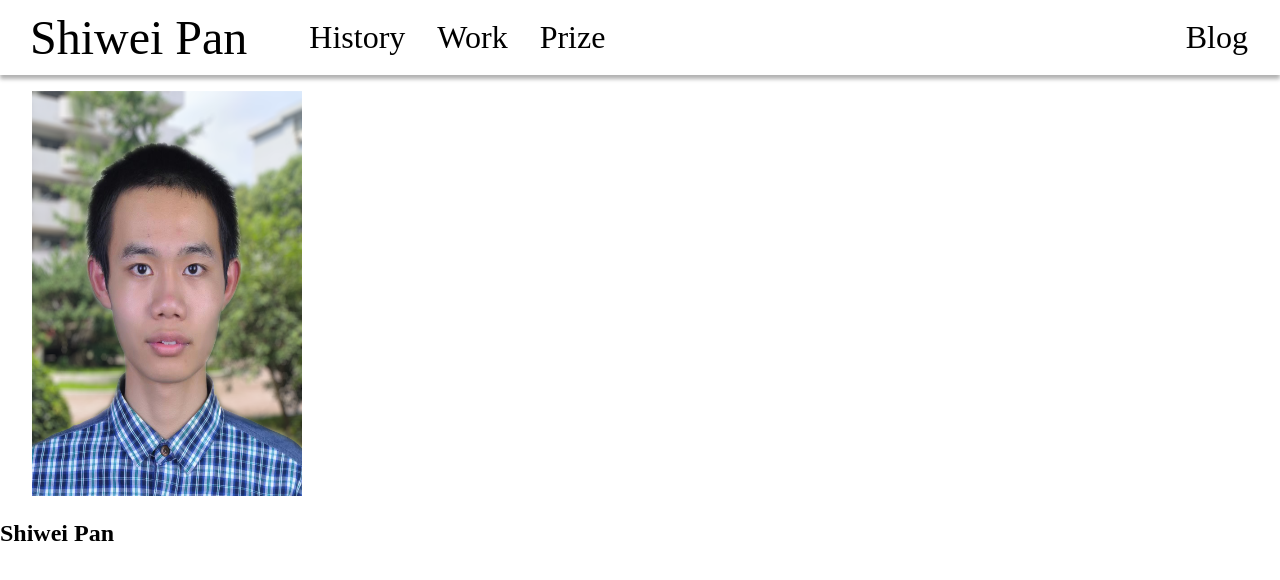
Repository: erikpsw/web
Page: new/psw.html
The author's editor kept a copy of each file at every save. The page is drawn from the files as they stood at one save, then again after the next save.
The browser window is 1280 px wide. The pictures show the whole page.

Above is the page before, as saved 2022-06-16 21:15:29.

After the next save:
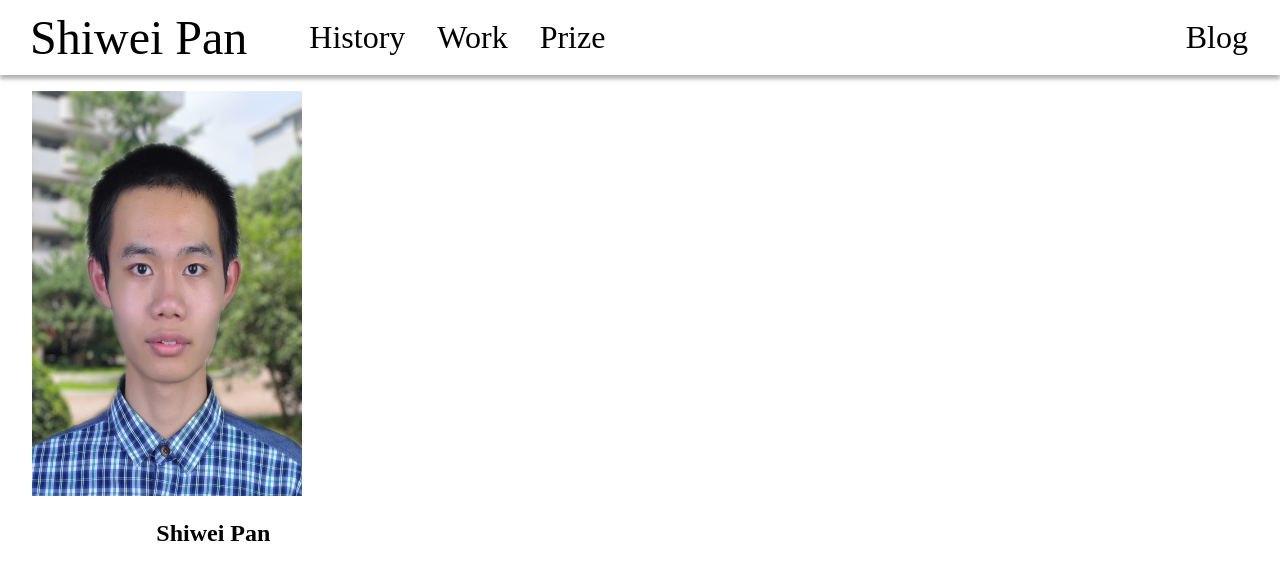
Saved 38 s later.
--- a/new/psw.html
+++ b/new/psw.html
@@ -16,7 +16,7 @@
 <section>
     <div id="profile">
         <img src="\pic\mine.png" id="mine">
-        <h2 >Shiwei Pan</h2>
+        <h2 style="text-align: center">Shiwei Pan</h2>
     </div>
 </section>
 </body>
